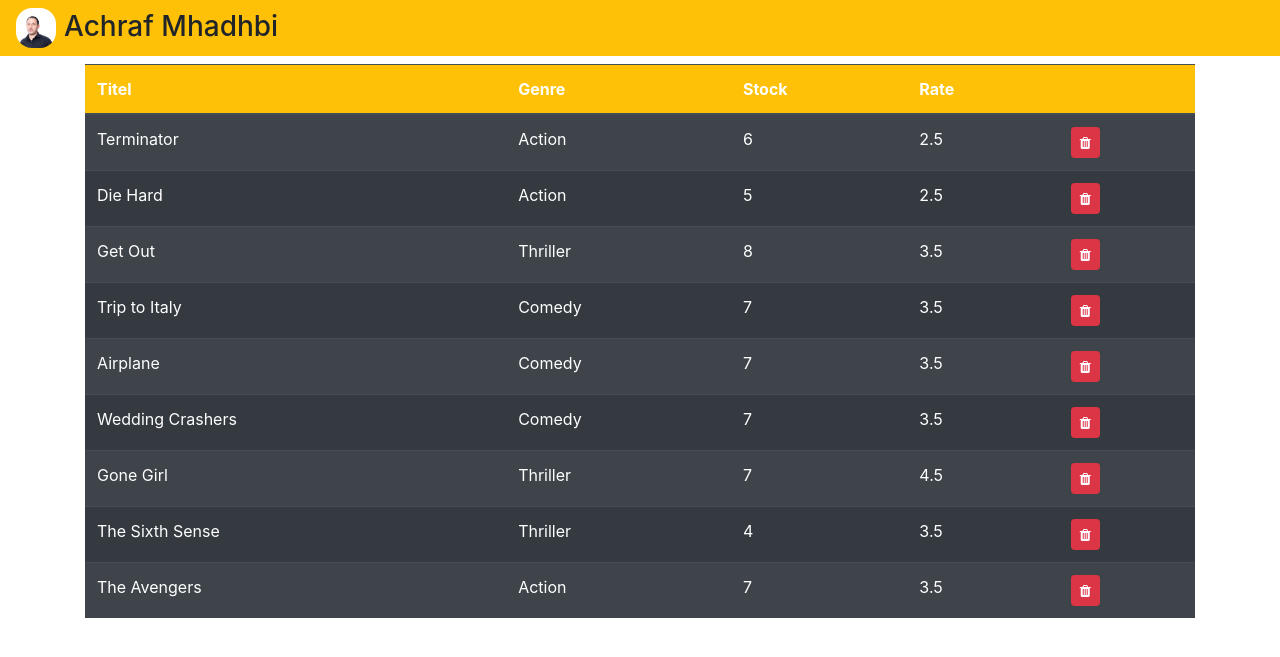
Repository: AMhadhbi/TecMovies-web-app
Page: /
The author's editor kept a copy of each file at every save. The page is drawn from the files as they stood at one save, then again after the next save.
The browser window is 1280 px wide. The pictures show the whole page.
The project was rebuilt for these pictures with package versions that can differ from the ones it lists, and the page was loaded fresh each time.

Above is the page before, as saved 2021-03-08 21:09:59.

After the next save:
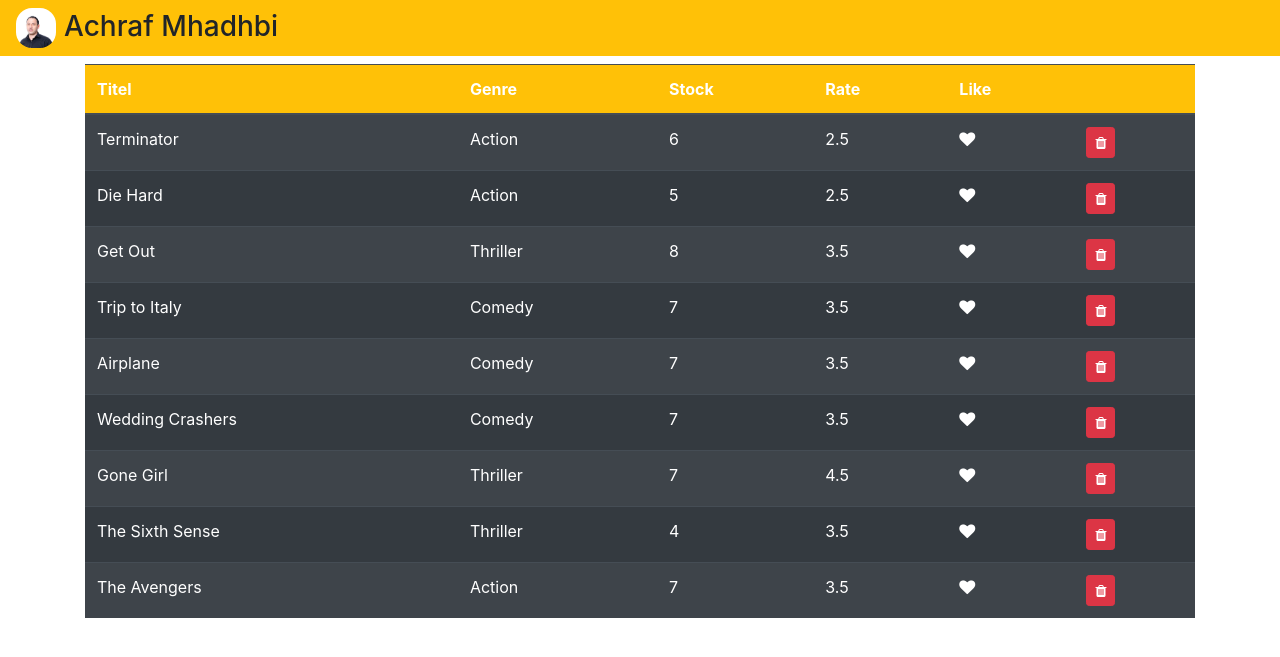
Saved 2 min 19 s later.
--- a/src/components/movies.jsx
+++ b/src/components/movies.jsx
@@ -15,6 +15,7 @@ class Movies extends Component {
                 <th>Genre</th>
                 <th>Stock</th>
                 <th>Rate</th>
+                <th>Like</th>
                 <th/>
               </tr>
             </thead>
@@ -25,6 +26,8 @@ class Movies extends Component {
                     <td>{movie.genre.name}</td>
                     <td>{movie.numberInStock}</td>
                     <td>{movie.dailyRentalRate}</td>
+                    <td ><i className="fa fa-heart"></i>
+                    </td>
                     <td>
                     <button className="btn btn-danger btn-sm">
                     <i className="fa fa-trash"/>
